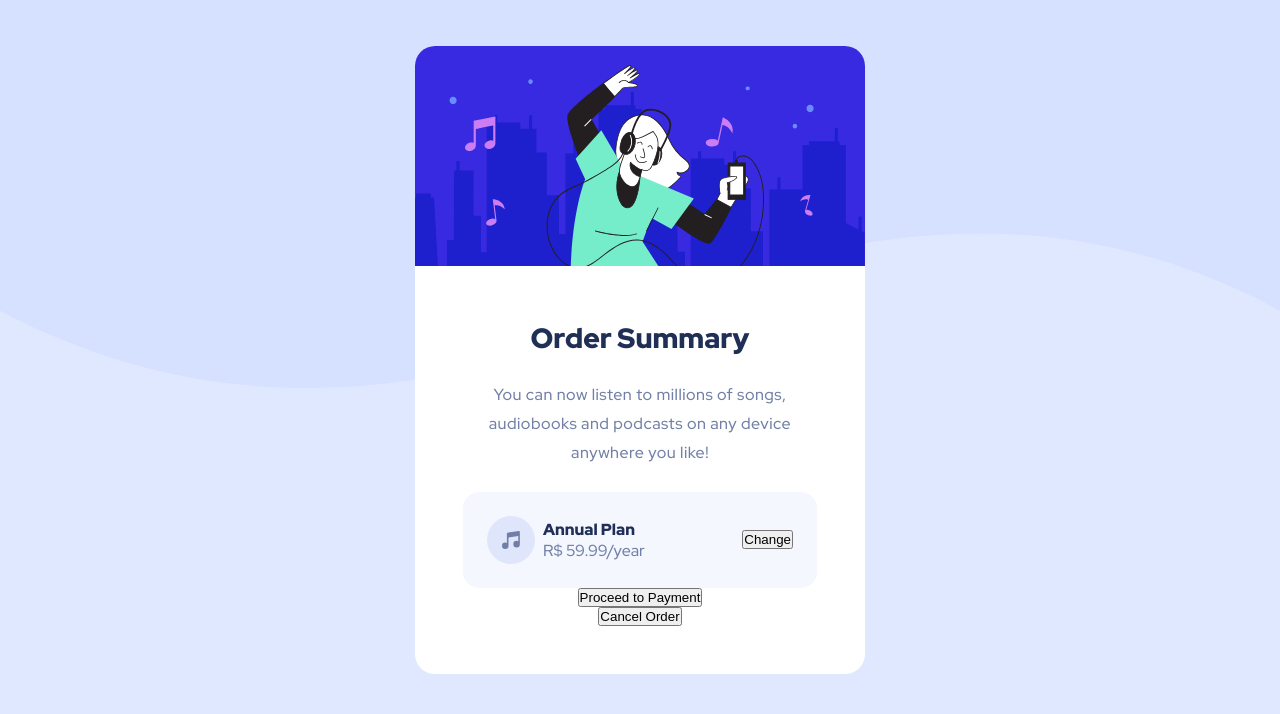
Repository: gccavalheiro/order-summary-card
Page: index.html
The author's editor kept a copy of each file at every save. The page is drawn from the files as they stood at one save, then again after the next save.
The browser window is 1280 px wide. The pictures show the whole page.

Above is the page before, as saved 2021-12-17 02:18:33.

### index.html
<!DOCTYPE html>
<html lang="en">

<head>
  <meta charset="UTF-8" />
  <meta http-equiv="X-UA-Compatible" content="IE=edge" />
  <meta name="viewport" content="width=device-width, initial-scale=1.0" />
  <link rel="preconnect" href="https://fonts.googleapis.com">
  <link rel="preconnect" href="https://fonts.gstatic.com" crossorigin>
  <link href="https://fonts.googleapis.com/css2?family=Red+Hat+Display:wght@500;700;900&display=swap" rel="stylesheet">
  <link rel="icon" type="image/png" sizes="32x32" href="./images/favicon-32x32.png" />
  <title>Frontend Mentor | Order summary card</title>
  <link rel="stylesheet" href="./assets/css/main.css" />
</head>

<body>
  <main>
    <div class="card">
      <div class="card-header">
        <img src="./assets/images/illustration-hero.svg" alt="Illustration Woman">
      </div>
      <div class="card-body">
        <div class="card-info">
          <h1>Order Summary</h1>
          <p>You can now listen to millions of songs,
            audiobooks and podcasts on any device
            anywhere you like! </p>
        </div>
        <div class="card-plan">
          <div class="card-plan-detail">
            <div class="card-plan-icon-detail">
              <img src="./assets/images/icon-music.svg" alt="Icon Music" />
            </div>
            <div class="card-plan-info-detail">
              <h2>Annual Plan</h2>
              <p>R$ 59.99/year</p>
            </div>
          </div>
          <button class="card-plan-button">Change</button>
        </div>
        <button class="card-button-payment">Proceed to Payment</button>
        <button class="card-button-cancel">Cancel Order</button>
      </div>
    </div>
  </main>
</body>

</html>

### assets/css/main.css
:root {
  --primary-pale-blue: hsl(225, 100%, 94%);
  --secondary-bright-blue: hsl(245, 75%, 52%);
  --very-pale-blue:hsl(225, 100%, 98%);
  --desaturated-blue: hsl(224, 23%, 55%);
  --dark-blue: hsl(223, 47%, 23%);
  --variant-blue: hsl(245, 83%, 68%);
  --white: hsl(0, 0%, 100%);
}

* {
  margin: 0;
  padding: 0;
  outline: 0;
  box-sizing: border-box;
  text-rendering: optimizeLegibility;
  -webkit-font-smoothing: antialiased;
  -moz-osx-font-smoothing: grayscale;
}


body {
  font-family: 'Red Hat Display', sans-serif;
  font-size: 1rem;
  background-color: var(--primary-pale-blue);
  background-image: url('../images/pattern-background-desktop.svg');
  background-repeat: no-repeat;
  background-position: top center;
  background-size: contain;
}

img {
  width: 100%;
}

main {
  display: flex;
  align-items: center;
  justify-content: center;
  width: 100%;
  height: 100vh;
}

.card {
  display: flex;
  flex-direction: column;
  width: 100%;
  max-width: 450px;
  border-radius: 20px;
  background-color: var(--white);
}

.card-header {
  width: 100%;
  border-top-left-radius: 20px;
  border-top-right-radius: 20px;
  overflow: hidden;
}

.card-body {
  display: flex;
  flex-direction: column;
  align-items: center;
  padding: 48px;
}

.card-info {
  display: flex;
  flex-direction: column;
  align-items: center;
  text-align: center;
}

.card-info h1{
  font-size: 1.75rem;
  color: var(--dark-blue);
  font-weight: 900;
}

.card-info p{
  font-size: 1rem;
  color: var(--desaturated-blue);
  font-weight: 500;
  letter-spacing: 0.03em;
  line-height: 1.8;
  margin: 24px 0;
}



.card-plan {
  display: flex;
  align-items: center;
  justify-content: space-between;
  width: 100%;
  background-color: var(--very-pale-blue);
  padding: 24px;
  border-radius: 16px;
}

.card-plan-detail {
  display: flex;
  align-items: center;
}

.card-plan-icon-detail {
  width: 48px;
  height: 48px;
  min-width: 48px;
  min-height: 48px;
  border-radius: 50%;
  margin-right: 8px;
}

.card-plan-icon-detail img {
  object-fit: cover;
}

.card-plan-info-detail {
  display: flex;
  flex-direction: column;
}

.card-plan-info-detail h2, .card-plan-info-detail p {
  font-size: 1rem;
}
.card-plan-info-detail h2 {
  font-weight: 900;
  color: var(--dark-blue);
}

.card-plan-info-detail p {
  color: var(--desaturated-blue);
}
.card-plan-button{}
.card-button-payment{}
.card-button-cancel{}

After the next save:
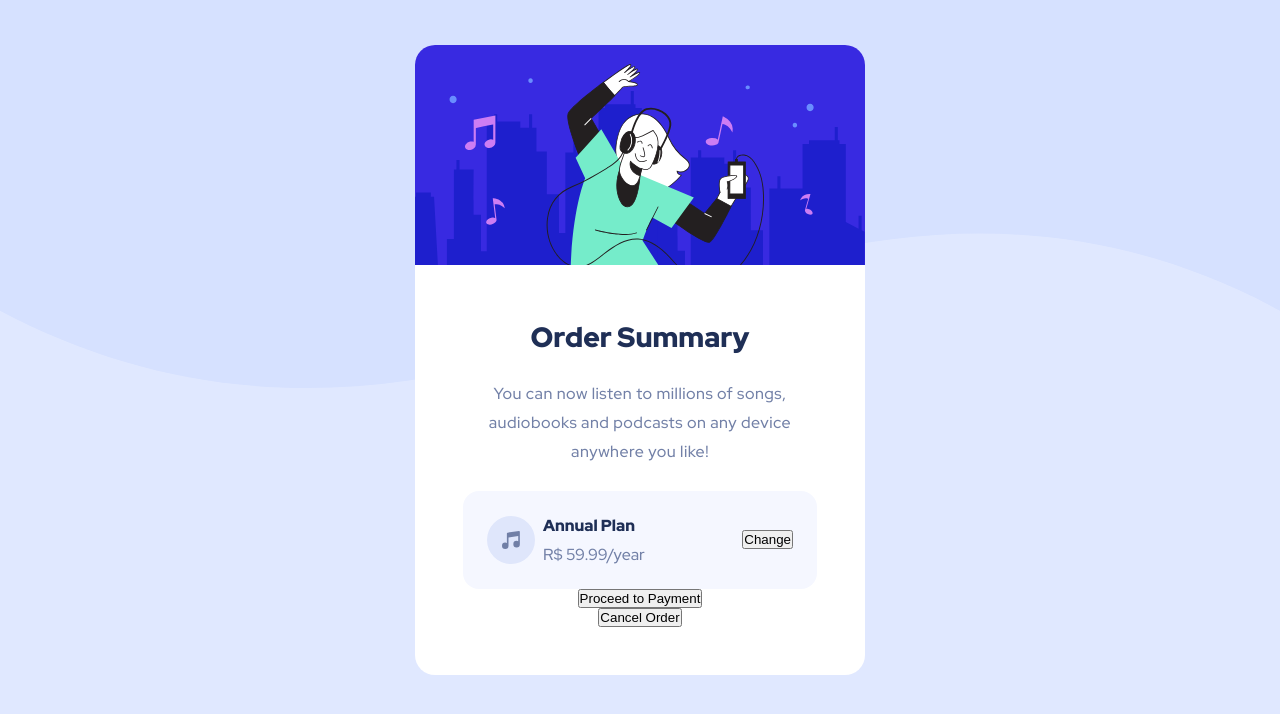
Saved 16 s later.
--- a/assets/css/main.css
+++ b/assets/css/main.css
@@ -127,6 +127,7 @@ main {
 .card-plan-info-detail h2 {
   font-weight: 900;
   color: var(--dark-blue);
+  margin-bottom: 8px;
 }
 
 .card-plan-info-detail p {
